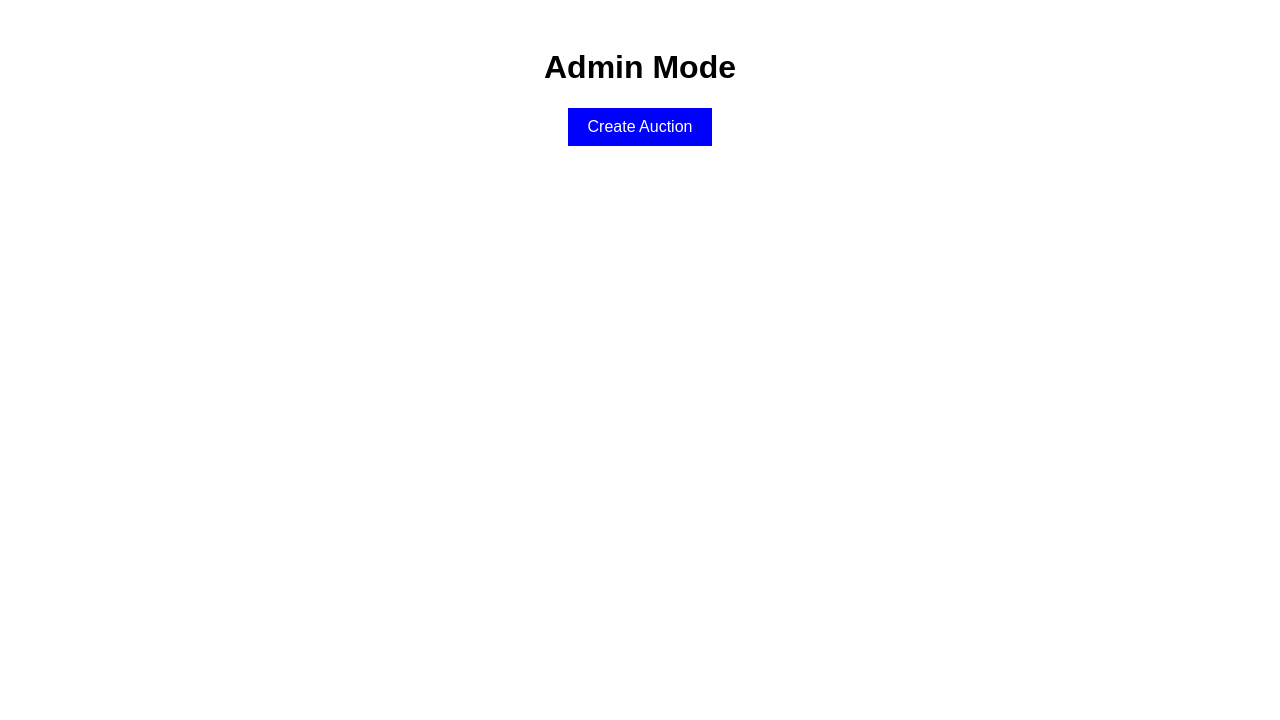
Repository: christot20/BuyMe
Page: http://localhost/336EbayAuction/AdminMode.jsp
An editor plug-in stored every save of this project. The page is shown before and after the next save, followed by the edit.
The browser window is 1280 px wide. The pictures show the whole page.
The page is served by Tomcat 9.

Above is the page before, as saved 2024-05-04 04:22:24.

After the next save:
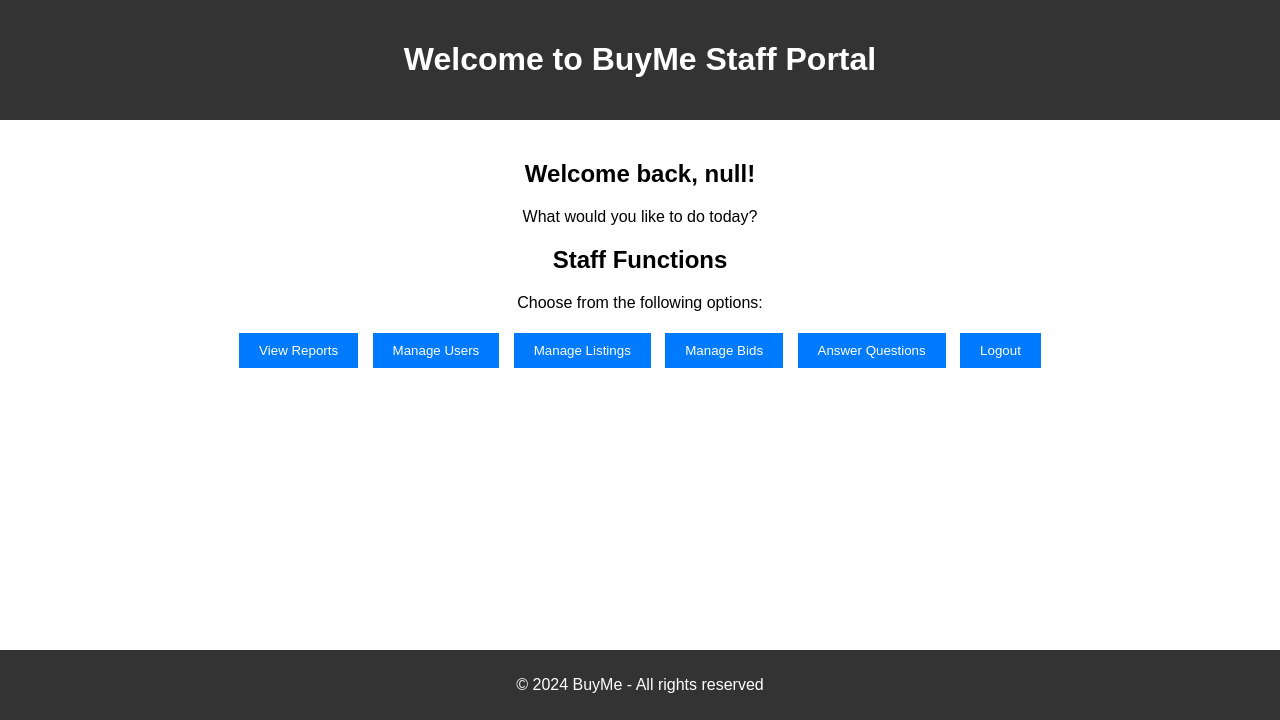
Saved 4 min 18 s later.
--- a/336EbayAuction/src/main/webapp/AdminMode.jsp
+++ b/336EbayAuction/src/main/webapp/AdminMode.jsp
@@ -1,64 +1,76 @@
 <%@ page language="java" contentType="text/html; charset=ISO-8859-1" pageEncoding="ISO-8859-1"%>
 <%@ page import="java.time.LocalDate" %>
 <!DOCTYPE html>
-<html>
+<html lang="en">
 <head>
-    <meta charset="ISO-8859-1">
-    <title>Admin Mode</title>
+    <meta charset="UTF-8">
+    <meta name="viewport" content="width=device-width, initial-scale=1.0">
+    <title>Welcome to BuyMe Admin Portal</title>
     <style>
         body {
             font-family: Arial, sans-serif;
+            margin: 0;
+            padding: 0;
+        }
+        header {
+            background-color: #333;
+            color: #fff;
             text-align: center;
+            padding: 20px 0;
+        }
+        main {
             padding: 20px;
+            text-align: center;
         }
-
-        #createAuctionBtn {
-            background-color: blue;
-            color: white;
+        section {
+            margin-bottom: 20px;
+        }
+        footer {
+            background-color: #333;
+            color: #fff;
+            text-align: center;
+            padding: 10px 0;
+            position: fixed;
+            bottom: 0;
+            width: 100%;
+        }
+        button {
+            background-color: #007bff;
+            color: #fff;
+            border: none;
             padding: 10px 20px;
-            border: none;
             cursor: pointer;
-            font-size: 16px;
+            margin: 5px;
         }
-
-        #createAuctionForm {
-            display: none;
-            margin-top: 20px;
+        button:hover {
+            background-color: #0056b3;
         }
     </style>
-    <script>
-        function showCreateAuctionForm() {
-            document.getElementById("createAuctionForm").style.display = "block";
-        }
-    </script>
 </head>
 <body>
-    <h1>Admin Mode</h1>
+    <header>
+        <h1>Welcome to BuyMe Staff Portal</h1>
+    </header>
+    <main>
+        <section>
+            <h2>Welcome back, <% out.print(session.getAttribute("username")); %>!</h2>
+            <p>What would you like to do today?</p>
+        </section>
+        <section>
+            <h2>Staff Functions</h2>
+            <p>Choose from the following options:</p>
+            <button onclick="window.location.href='#'">View Reports</button>
+            <button onclick="window.location.href='AdminManageUsers.jsp'">Manage Users</button>
+            <button onclick="window.location.href='AdminManageListings.jsp'">Manage Listings</button>
+            <button onclick="window.location.href='AdminManageBids.jsp'">Manage Bids</button>
+            <button onclick="window.location.href='Questions.jsp'">Answer Questions</button>
+            <button onclick="window.location.href='logout.jsp'">Logout</button>
+            <!-- Add more buttons for additional staff functionalities -->
+        </section>
+    </main>
+    <footer>
+        <p>&copy; 2024 BuyMe - All rights reserved</p>
+    </footer>
 
-    <button id="createAuctionBtn" onclick="showCreateAuctionForm()">Create Auction</button>
-
-    <div id="createAuctionForm">
-        <h2>Create Auction</h2>
-        <form action="createAuction.jsp" method="post">
-            <label for="itemName">Item Name:</label>
-            <input type="text" id="itemName" name="itemName" required><br><br>
-
-            <label for="listDate">List Date:</label>
-            <input type="date" id="listDate" name="listDate" value="<%= LocalDate.now() %>" required><br><br>
-
-            <label for="expirationTime">Expiration Time:</label>
-            <select id="expirationTime" name="expirationTime" required>
-                <option value="14">2 weeks</option>
-                <option value="7">1 week</option>
-                <option value="3">3 days</option>
-                <option value="1">1 day</option>
-            </select><br><br>
-
-            <label for="minimumBid">Minimum Bid:</label>
-            <input type="number" id="minimumBid" name="minimumBid" min="0" step="0.01" required><br><br>
-
-            <input type="submit" value="Create Auction">
-        </form>
-    </div>
 </body>
 </html>
